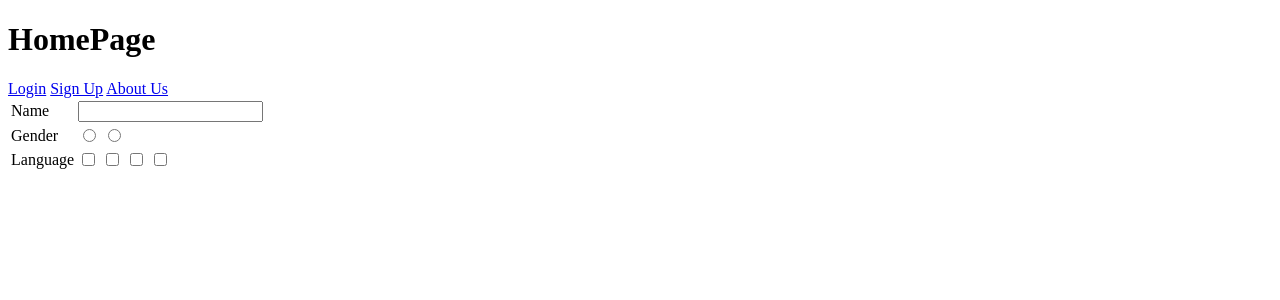
Repository: chirag555/Java_full_stack
Page: http://localhost/BasicMVC/Index.jsp
The author's editor kept a copy of each file at every save. The page is drawn from the files as they stood at one save, then again after the next save.
The browser window is 1280 px wide. The pictures show the whole page.
The page is served by Tomcat 9. Other server files are loaded and not shown.

Above is the page before, as saved 2020-02-13 07:40:26.

### BasicMVC/WebContent/Index.jsp
<%@ page language="java" contentType="text/html; charset=ISO-8859-1"
    pageEncoding="ISO-8859-1"%>
<!DOCTYPE html>
<html>
<head>
<meta charset="ISO-8859-1">
<title>Home Page</title>
</head>
<body>
<h1>HomePage</h1>
<a href="<%=request.getContextPath()%>/Controller?page=login">Login</a>
<a href="<%=request.getContextPath()%>/Controller?page=SignUp">Sign Up</a>
<a href="<%=request.getContextPath()%>/Controller?page=about">About Us</a>

<form metod=get action="submit.jsp">
<table>
<tr>
<td>Name</td>
<td><input type=text name=name></td>
</tr>
<tr>
<td>Gender</td>
<td><input type=radio name=gender value=male>
	  <input type=radio name=gender value=female></td></tr>
<tr><td>
Language</td><td><input type=checkbox name=language value=English>
				<input type=checkbox name=language value=Hindi>
				<input type=checkbox name=language value=Gujarati>
				<input type=checkbox name=language value=Punjabi>
</td>
</tr>
</table>
</form>
</body>
</html>

After the next save:
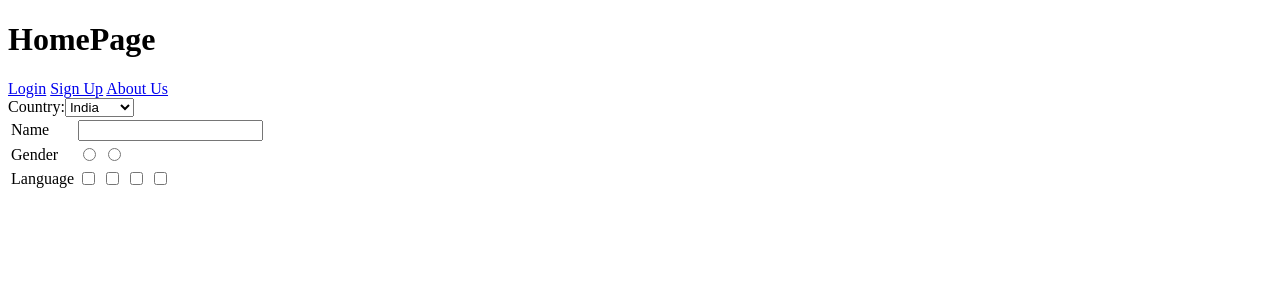
Saved 72 s later.
--- a/BasicMVC/WebContent/Index.jsp
+++ b/BasicMVC/WebContent/Index.jsp
@@ -28,6 +28,12 @@ Language</td><td><input type=checkbox name=language value=English>
 				<input type=checkbox name=language value=Gujarati>
 				<input type=checkbox name=language value=Punjabi>
 </td>
+Country:<select name=country>
+<option value=india>India</option>
+<option value=usa>USA</option>
+<option value=nepal>Nepal</option>
+<option value=uganda>Uganda</option>
+</select>
 </tr>
 </table>
 </form>
